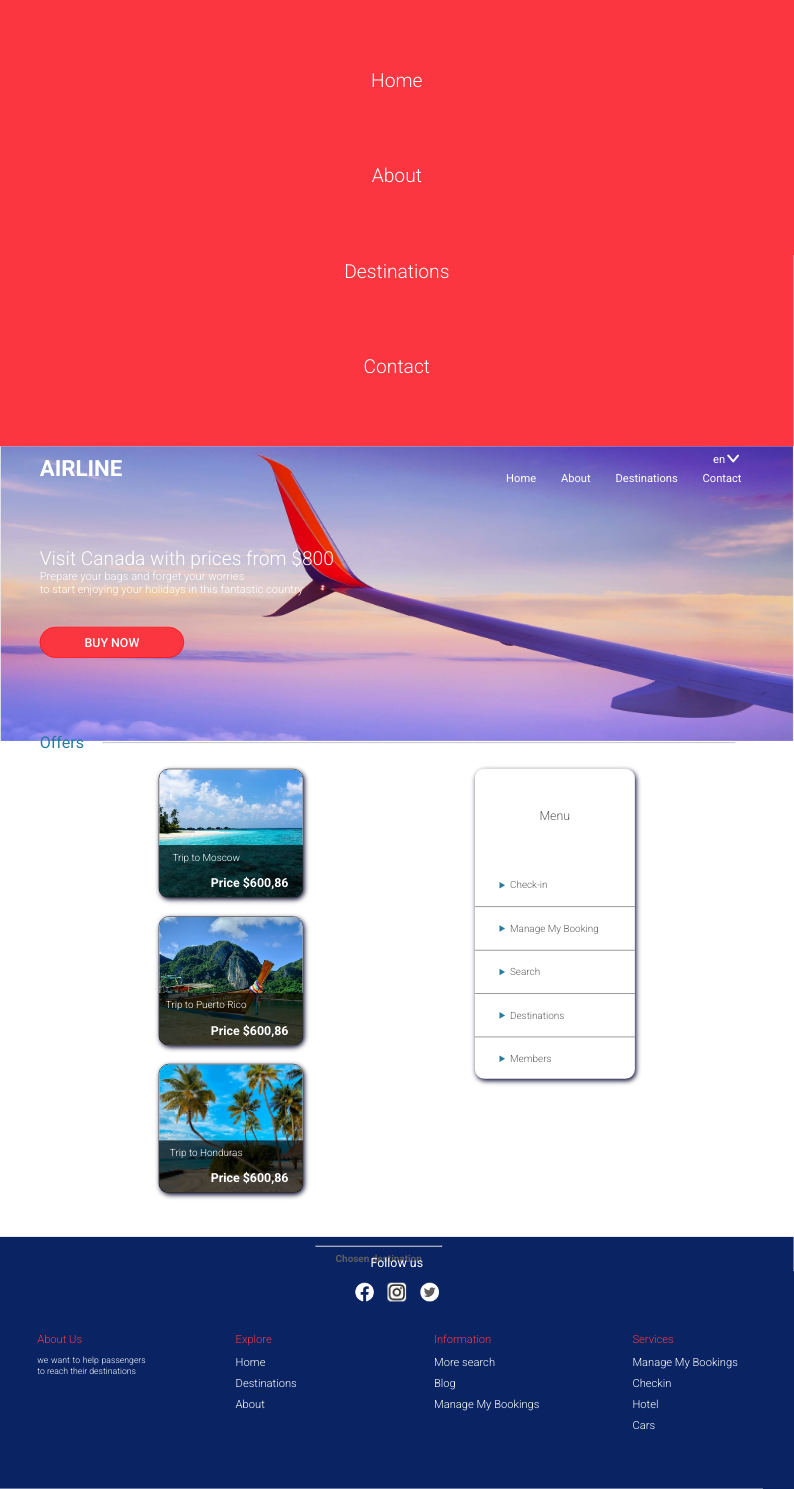
Repository: Cherced/AIRLINES
Page: /
An editor plug-in stored every save of this project. The page is shown before and after the next save, followed by the edit.
The browser window is 1280 px wide. The pictures show the whole page, at 62% of full size.
The project was rebuilt for these pictures with package versions that can differ from the ones it lists, and the page was loaded fresh each time. The framework's server and built-in components were replaced by stand-ins that run in the browser. Also part of the build but not shown: components/atoms/BannerStaff/Modal/SelectIdioms.jsx.

Above is the page before, as saved 2022-07-01 07:36:20.

### pages/_app.js
import '../sass/global.scss'
import {MenuFloatContextProvider} from "../components/atoms/BannerStaff/FloatMenuContext"

function MyApp({ Component, pageProps }) {
    return<MenuFloatContextProvider>
            <Component {...pageProps} />
          </MenuFloatContextProvider>
}

  export default MyApp

### sass/global.scss
@import "./settings";
@import "./Elements/banner";
@import "./Elements/offerts";
@import "./Elements/footer";

### components/molecules/Banner.jsx
import React from 'react'
import { Header } from '../atoms/BannerStaff/Header'
import { Promotion } from '../atoms/BannerStaff/Promotion'

export const Banner = () => {
  return (
    <main className="main-Banner--Container">
        <Header/>
        <Promotion/>
    </main>
  )
}

### components/molecules/Offers.jsx
import React from 'react'
import {TripsOffer} from '../atoms/Offerts/TripsOffer'
import { Menu } from '../atoms/Offerts/Menu'

export const Offers = () => {
  return (
    <section className="offers-Section--Container">
    <div className="offers-Title--Container">
        <h1>Offers</h1> <hr />
    </div>
    <div className="offers-BoxModel--Container">
        <div className="offers-BoxModel-Content">
        <TripsOffer/>
        <hr />
        <h3>Chosen destination</h3>
        </div>
        <Menu/>
    </div>
    </section>
  )
}

### components/molecules/Footer.jsx
import React from 'react'
import { SocialMedia } from '../atoms/Footer/SocialMedia'
import { MoreToUs } from '../atoms/Footer/MoreToUs'

export const Footer = () => {
  return (
    <footer className="Footer--Container">
        <SocialMedia/>
        <MoreToUs/>
    </footer>
  )
}

### components/atoms/BannerStaff/FloatMenu.jsx
import React from 'react'
import { useMenuFloatContext} from './FloatMenuContext'


export const FloatMenu = () => {
    const {menu, setMenu} = useMenuFloatContext();
  return (
    <nav className="FloatMenu--Container">
        <nav className="navBarFloat--Container">
            <ul className="itmes-NavbarFloat--Container">
                <li><a>Home</a></li>
                <li><a>About</a></li>
                <li><a>Destinations</a></li>
                <li><a>Contact</a></li>
            </ul>
        </nav>
    </nav>
  )
}

### sass/_settings.scss
//fonts:
@import url('https://fonts.googleapis.com/css2?family=Inter:wght@100;200;300;500;600;700;800;900&family=Roboto:ital,wght@0,100;0,300;0,400;0,500;0,700;0,900;1,100;1,300;1,400;1,500;1,700;1,900&display=swap');

$preSetFont: 'Roboto', sans-serif;

*{
    box-sizing: border-box;
    margin: 0;
    padding: 0;
}

### sass/Elements/_banner.scss
@import "../components/Banner/header";
@import "../components/Banner/floatMenu";
@import "../components/Banner/promotion";
@import "../components/Banner/modalIdioms";

.main-Banner--Container {
    height: 475px;
    width: 100%;
    background-image: url("../../public/images/plane.jpg");
    background-size: cover;
    background-repeat: no-repeat;
    display: flex;
    flex-direction: column;
    align-items: center;
}

.idiomsShower {
    margin-top: 7px;
    z-index: 3;
    position: absolute;
    left: calc(100% - 130px);
    display: flex;

    .arrowButton--Modal {
        background: transparent;
        border: none;
        text-align: left;
        font: normal normal 400 18px/22px Roboto;
        letter-spacing: 0px;
        color: #FFFFFF;
        opacity: 1;
    }

    img {
        width: 25px;
        height: 25px;


    }
    .menu-Btn{
        display: none;
    }



}

.turn {

    .arrowImg--Modal {
        width: 25px;
        height: 25px;
        transform: rotate(180deg);
        transition: all 0.5s ease-in;
    }

}


.trass {

    .arrowImg--Modal{
        width: 25px;
        height: 25px;
        transform: rotate(-360deg);
        transition: all 0.5s ease-in;
    }

}

@media screen and (max-width: 768px) {
    .idiomsShower{
        left: calc(100% - 100px);
    }
}


@media screen and (max-width: 500px) {
    .idiomsShower{
        margin-top: 15px;
        left: calc(100% - 100px);
        .menu-Btn{
            display: block;
            margin-left: 15px;
        }

    }
}


@media screen and (max-width: 425px) {
    .idiomsShower{
        left: calc(100% - 100px);
    }
}

### sass/components/Banner/_header.scss
.header--Container {
    width: 90%;
    height: 70px;
    display: flex;
    align-items: center;
    justify-content: space-between;

    h1 {
        font-family: $preSetFont;
        font-size: 36px;
        text-align: left;
        color: white;
        letter-spacing: 0px;
    }

    .navBar--Container {
        color: white;
        opacity: 1;

        .itmes-Navbar--Container {
            list-style: none;
            display: flex;
            height: 70px;

            li {
                width: auto;
                padding: 40px 20px 0 20px;

                a {
                    font-family: $preSetFont;
                    font-size: 18px;
                    letter-spacing: 0px;
                }

                a:hover {
                    border-bottom: 2px solid white;
                }
            }
        }
    }
}


@media screen and (max-width: 500px) {
    .header--Container {
        .navBar--Container {
            display: none;
        }
    }
}


@media screen and (max-width: 425px) {
    .header--Container {
        width: 80%;
        height: 40px;
        display: flex;
        align-items: center;
        justify-content: space-between;
        flex-direction: column;

        h1 {
            font-family: $preSetFont;
            font-size: 36px;
            text-align: left;
            color: white;
            letter-spacing: 0px;
            margin-top: 10px;
            margin-right: 210px;
        }

        .navBar--Container {
            color: white;
            opacity: 1;

            .itmes-Navbar--Container {
                list-style: none;
                display: flex;
                height: 70px;

                li {
                    width: auto;
                    padding: 20px 10px 0 10px;

                    a {
                        font-family: $preSetFont;
                        font-size: 14px;
                        letter-spacing: 0px;
                    }

                    a:hover {
                        border-bottom: 2px solid white;
                    }
                }
            }
        }
    }
}



@media screen and (max-width: 320px) {
    .header--Container {
        width: 80%;
        height: 40px;
        display: flex;
        align-items: center;
        justify-content: space-between;
        flex-direction: column;

        h1 {
            font-family: $preSetFont;
            font-size: 36px;
            text-align: left;
            color: white;
            letter-spacing: 0px;
            margin-top: 10px;
            margin-right: 150px;
        }

        .navBar--Container {
            color: white;
            opacity: 1;

            .itmes-Navbar--Container {
                list-style: none;
                display: flex;
                height: 70px;

                li {
                    width: auto;
                    padding: 20px 10px 0 10px;

                    a {
                        font-family: $preSetFont;
                        font-size: 14px;
                        letter-spacing: 0px;
                    }

                    a:hover {
                        border-bottom: 2px solid white;
                    }
                }
            }
        }
    }

}

### sass/components/Banner/_floatMenu.scss
.FloatMenu--Container{
    width: 100%;
    height: 100vh;
    .navBarFloat--Container{
        background: #FB3640;
        width: 100%;
        height: 100%;
        .itmes-NavbarFloat--Container{
            display: flex;
            flex-direction: column;
            align-items: center;
            list-style: none;
            width: 100%;
            height: 100%;
            justify-content: space-evenly;
            li{
                width: 100%;
                height: 50px;
                display: flex;
                align-items: center;
                justify-content: center;
                a{
                    text-align: left;
                    font-family: "Roboto", sans-serif;
                    font-size: 31px;
                    font-weight: 300;
                    letter-spacing: 0px;
                    opacity: 1;
                    color: white;
                }

                a:hover {
                    border-bottom: 2px solid white;
                }
            }
        }
    }
}

### sass/components/Banner/_promotion.scss
.promotions--Container {
    height: 405px;
    width: 90%;
    display: flex;
    flex-direction: column;
    align-items: flex-start;
    margin-top: 92px;

    h1 {
        text-align: left;
        font-family: $preSetFont;
        font-size: 31px;
        font-weight: 300;
        letter-spacing: 0px;
        opacity: 1;
        color: white;
    }

    p {
        width: 440px;
        text-align: left;
        font-family: $preSetFont;
        font-size: 18px;
        font-weight: 300;
        letter-spacing: 0px;
        color: #FFFFFF;
        opacity: 1;
    }

    .buyNowBtn {
        margin-top: 50px;
        background: #FB3640;
        width: 233px;
        height: 50px;
        font-family: $preSetFont;
        text-align: center;
        font: normal normal 500 20px/24px Roboto;
        letter-spacing: 0px;
        color: #FFFFFF;
        opacity: 1;
        border-radius: 60px;
        border: 1px solid red;
    }
}

@media screen and (max-width: 425px) {
    .promotions--Container {
        height: 405px;
        width: 80%;
        display: flex;
        flex-direction: column;
        align-items: center;
        margin-top: 92px;

        h1 {
            text-align: left;
            font-family: $preSetFont;
            font-size: 31px;
            font-weight: 300;
            letter-spacing: 0px;
            opacity: 1;
            color: white;
            margin-bottom: 30px;
        }

        p {
            width: 345px;
            text-align: left;
            font-family: "Roboto", sans-serif;
            font-size: 18px;
            font-weight: 300;
            letter-spacing: 0px;
            color: #FFFFFF;
            opacity: 1;
        }

        .buyNowBtn {
            margin-top: 50px;
            background: #FB3640;
            width: 233px;
            height: 50px;
            font-family: $preSetFont;
            text-align: center;
            font: normal normal 500 20px/24px Roboto;
            letter-spacing: 0px;
            color: #FFFFFF;
            opacity: 1;
            border-radius: 60px;
            border: 1px solid red;
        }
    }
}


@media screen and (max-width: 320px) {
    .promotions--Container {
        height: 405px;
        width: 80%;
        display: flex;
        flex-direction: column;
        align-items: center;
        margin-top: 92px;

        h1 {
            text-align: left;
            font-family: $preSetFont;
            font-size: 31px;
            font-weight: 300;
            letter-spacing: 0px;
            opacity: 1;
            color: white;
            margin-bottom: 30px;
        }

        p {
            width: 290px;
            text-align: left;
            font-family: "Roboto", sans-serif;
            font-size: 18px;
            font-weight: 300;
            letter-spacing: 0px;
            color: #FFFFFF;
            opacity: 1;
        }

        .buyNowBtn {
            margin-top: 50px;
            background: #FB3640;
            width: 233px;
            height: 50px;
            font-family: $preSetFont;
            text-align: center;
            font: normal normal 500 20px/24px Roboto;
            letter-spacing: 0px;
            color: #FFFFFF;
            opacity: 1;
            border-radius: 60px;
            border: 1px solid red;
        }
    }
}

### sass/components/Banner/_modalIdioms.scss
.ModalContainer {
    background-color: rgba(0, 0, 0, 0.5);
    display: flex;
    justify-content: center;
    align-items: center;
    box-shadow: 0px 10px 10px rgba(0, 0, 0, 8.5);
    position: fixed;
    top: -10px;
    left: -10px;
    right: -10px;
    bottom: -10px;

    .select-Idiom--Modal {
        position: absolute;
        top: 55px;
        left: calc(100% - 260px);
        width: 145px;
        height: 110px;
        background: white;
        display: flex;
        flex-direction: column;
        align-items: center;
        justify-content: center;
        list-style: none;
        text-align: left;
        border-radius: 15px;
        box-shadow: 2px 3px 8px #000029;

        li {
            width: 80%;
            text-align: left;
            font: normal normal normal 18px/22px Roboto;
            letter-spacing: 0px;
            color: #247BA0;
            opacity: 1;
            padding: 5px 0;
        }
    }
}

@media screen and (max-width: 768px) {
    .ModalContainer{
        .select-Idiom--Modal{
            left: calc(100% - 225px);
        }
    }
}


@media screen and (max-width: 425px) {
    .ModalContainer{
        .select-Idiom--Modal{
            left: calc(100% - 190px);
        }
    }
}

### sass/Elements/_footer.scss
@import "../components/Footer/socialMedia";
@import "../components/Footer/moreToUs";

.Footer--Container{
    width: 100%;
    height: 406px;
    background: #0A2463;
}

@media screen and (max-width: 425px) {
    .Footer--Container{
        height: 850px;
    }
}

### sass/components/Footer/_socialMedia.scss
.SocialMedia--Container {
    display: flex;
    flex-direction: column;
    width: 100%;
    align-items: center;
    justify-content: center;

    h1 {
        margin-top: 30px;
        text-align: left;
        font: normal normal 400 20px/24px Roboto;
        letter-spacing: 0px;
        color: #FFFFFF;
        opacity: 1;
    }

    .iconsSocialMedia--Container {
        margin-top: 20px;
        display: flex;
        width: 180px;
        justify-content: space-evenly;

        img {
            width: 30px;
            height: 30px;
        }
    }
}

@media screen and (max-width: 425px) {
    .SocialMedia--Container {
        margin-bottom: 20px;
    }
}

### sass/components/Footer/_moreToUs.scss
.footerNavBar--Container {
    display: flex;
    height: 60%;
    width: 100%;
    justify-content: space-around;
    align-items: center;

    .navbar-Item-Content {
        width: 90%;
        height: 100%;
        margin-top: 100px;
        margin-left: 60px;

        h1 {
            color: #FB3640;
            text-align: left;
            font: normal normal 300 18px/22px Roboto;
            letter-spacing: 0px;
            color: #FB3640;
            opacity: 1;
            margin-bottom: 15px;
        }

        p {
            text-align: left;
            font: normal normal 300 14px/17px Roboto;
            letter-spacing: 0px;
            color: #FFFFFF;
            opacity: 1;
            text-align: justify;
            padding-right: 85px;
        }

        ul {
            list-style-type: none;

            li {
                color: #FFFFFF;
                margin-bottom: 12px;

                a {
                    text-align: left;
                    font: normal normal 300 18px/22px Roboto;
                    letter-spacing: 0px;
                    color: #FFFFFF;
                    opacity: 1;
                }
            }
        }
    }
}

@media screen and (max-width: 425px) {
    .footerNavBar--Container {
        display: flex;
        height: 60%;
        width: 100%;
        justify-content: space-around;
        align-items: center;
        flex-wrap: wrap;
        .navbar-Item-Content {
            width: 90%;
            height: 150px;
            margin-top: 20px;
            margin-left: 70px;
        }
    }


}

### components/atoms/BannerStaff/Header.jsx
import React from 'react'

export const Header = () => {
  return (
    <header className="header--Container">
        <h1>AIRLINE</h1>
        <nav className="navBar--Container">
            <ul className="itmes-Navbar--Container">
                <li><a>Home</a></li>
                <li><a>About</a></li>
                <li><a>Destinations</a></li>
                <li><a>Contact</a></li>
            </ul>
        </nav>
    </header>
  )
}

### components/atoms/BannerStaff/Promotion.jsx
import React from 'react'

export const Promotion = () => {
  return (
    <div className="promotions--Container">
        <h1>Visit Canada with prices from $800</h1>
        <p>Prepare your bags and forget your worries</p>
        <p> to start enjoying your holidays in this fantastic country</p>
        <button className="buyNowBtn" type="button">BUY NOW</button>
    </div>
  )
}

### components/atoms/Offerts/TripsOffer.jsx
import React from 'react'

export const TripsOffer = () => {
  return (
    <div className="promotional-Cards--Container">
        <div className="promotionalCard">
            <img src="/images/moscow.jpg" alt="moscu"/>
            <div className="promotionalCard--Info">
                <p>
                Trip to Moscow
                </p>
                <h1>Price $600,86</h1>
            </div>
        </div>
        <div className="promotionalCard">
            <img src="/images/puerto-rico.jpg" alt="puerrtorro"/>
            <div className="promotionalCard--Info">
                <p>
                Trip to Puerto Rico
                </p>
                <h1>Price $600,86</h1>
            </div>
        </div>
        <div className="promotionalCard">
            <img src="/images/honduras.jpg" alt="honduras"/>
            <div className="promotionalCard--Info">
                <p>
                Trip to Honduras
                </p>
                <h1>Price $600,86</h1>
            </div>
        </div>
    </div>
  )
}

### components/atoms/Offerts/Menu.jsx
import React from 'react'

export const Menu = () => {
  return (
    <aside className="menuAside--Container">
        <h1>Menu</h1>
        <nav className="menuAside-Navbar--Container" id="EXPECIFFFYYY">
        <ul className="list-Items--Container">
            <li><a>Check-in</a></li>
            <li><a>Manage My Booking</a></li>
            <li><a>Search</a></li>
            <li><a>Destinations</a></li>
            <li><a>Members</a></li>
        </ul>
        </nav>
    </aside>
  )
}

### components/atoms/Footer/SocialMedia.jsx
import React from 'react'

export const SocialMedia = () => {
  return (
    <div className="SocialMedia--Container">
        <h1>Follow us</h1>
        <div className="iconsSocialMedia--Container">
            <img src="/images/facebook.png" alt="facebook" />
            <img src="/images/instagram.png" alt="instagram" />
            <img src="/images/twitter.png" alt="tweiter" />
        </div>
    </div>
  )
}

### components/atoms/Footer/MoreToUs.jsx
import React from 'react'

export const MoreToUs = () => {
  return (
    <section className="footerNavBar--Container">
        <nav className="navbar-Item-Content">
            <h1>About Us</h1>
            <p><a>we want to help passengers to reach their destinations</a></p>
        </nav>
        <nav className="navbar-Item-Content">
            <h1>Explore</h1>
            <ul>
                <li><a>Home</a></li>
                <li><a>Destinations</a></li>
                <li><a>About</a></li>
            </ul>
        </nav>
        <nav className="navbar-Item-Content">
            <h1>Information</h1>
            <ul>
            <li><a>More search</a></li>
            <li><a>Blog</a></li>
            <li><a>Manage My Bookings</a></li>
            </ul>
        </nav>
        <nav className="navbar-Item-Content">
            <h1>Services</h1>
            <ul>
            <li><a>Manage My Bookings</a></li>
            <li><a>Checkin</a></li>
            <li><a>Hotel</a></li>
            <li><a>Cars</a></li>
            </ul>
        </nav>
    </section>
  )
}

Loaded but not shown: pages/index.js (40 lines, source omitted); components/atoms/BannerStaff/FloatMenuContext.js (21 lines, source omitted); components/atoms/BannerStaff/Modal/ModalPortal.js (13 lines, source omitted); pages/_document.js (16 lines, source omitted); sass/Elements/_offerts.scss (525 lines, source omitted)

After the next save:
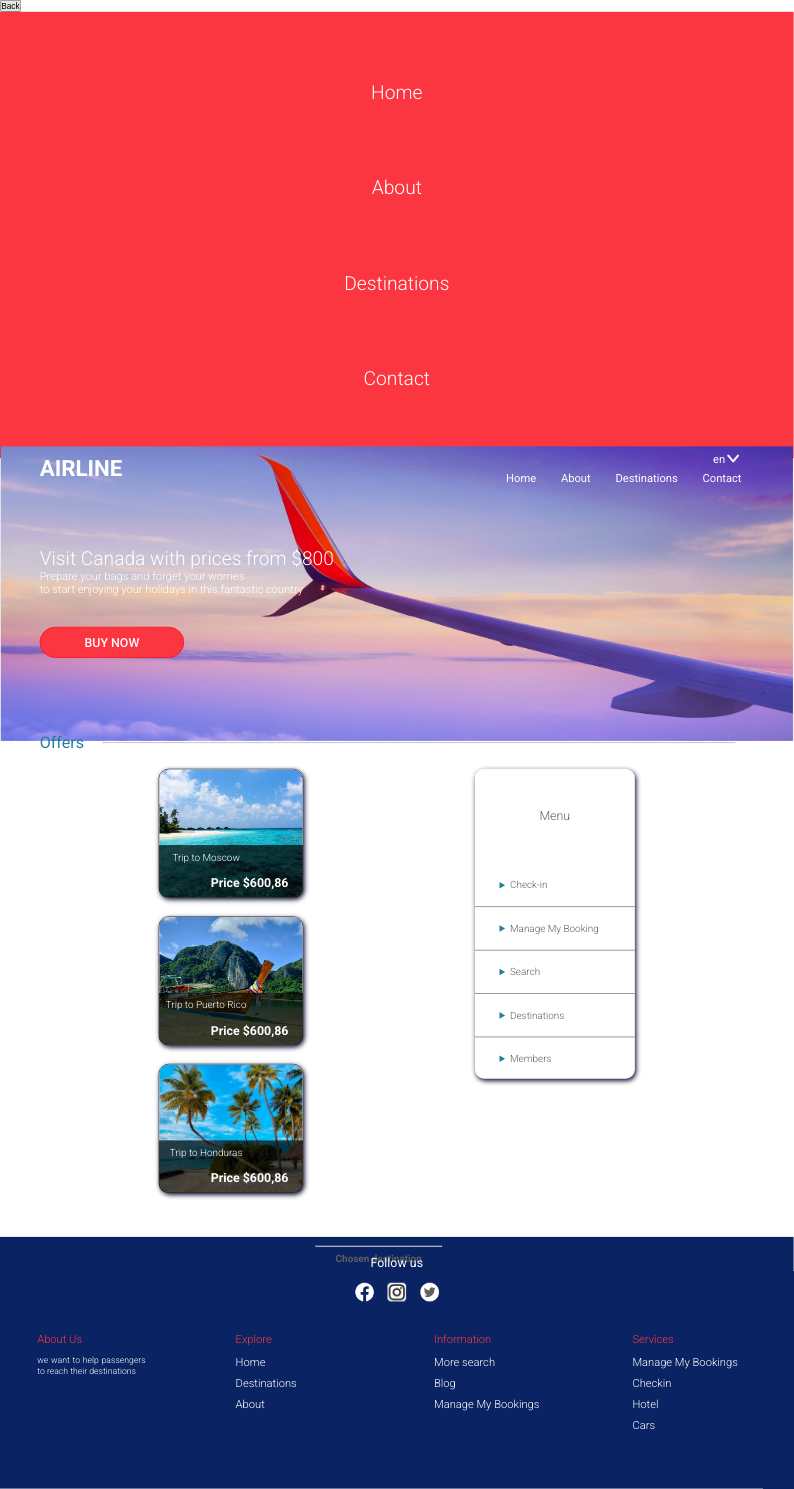
Saved 29 s later.
--- a/components/atoms/BannerStaff/FloatMenu.jsx
+++ b/components/atoms/BannerStaff/FloatMenu.jsx
@@ -6,6 +6,9 @@ export const FloatMenu = () => {
     const {menu, setMenu} = useMenuFloatContext();
   return (
     <nav className="FloatMenu--Container">
+        <button>
+            Back
+        </button>
         <nav className="navBarFloat--Container">
             <ul className="itmes-NavbarFloat--Container">
                 <li><a>Home</a></li>
